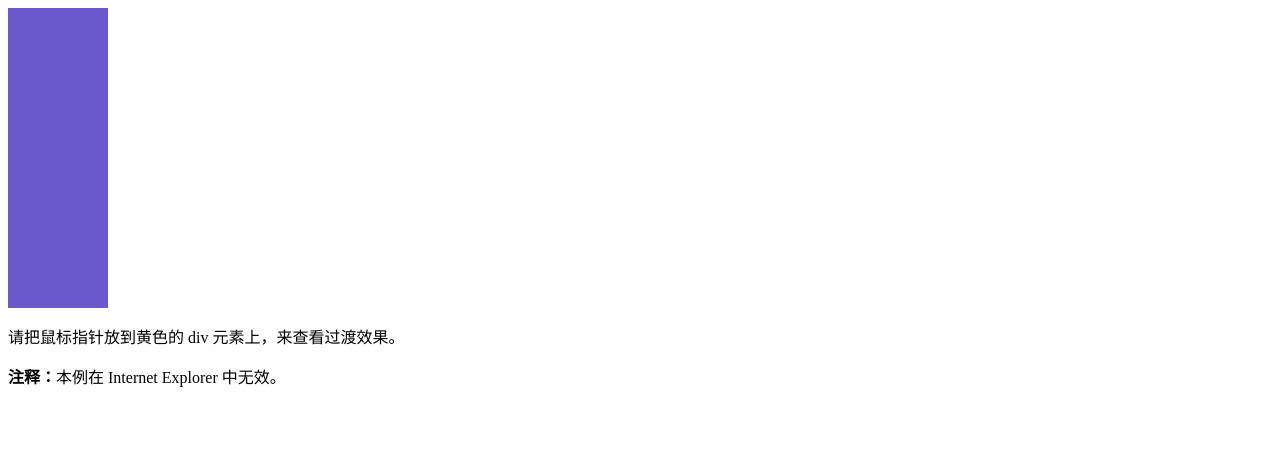
Repository: YukiXueyan/moquWebsite
Page: html/CSS过渡.html
The author's editor kept a copy of each file at every save. The page is drawn from the files as they stood at one save, then again after the next save.
The browser window is 1280 px wide. The pictures show the whole page.

Above is the page before, as saved 2020-07-05 16:37:07.

After the next save:
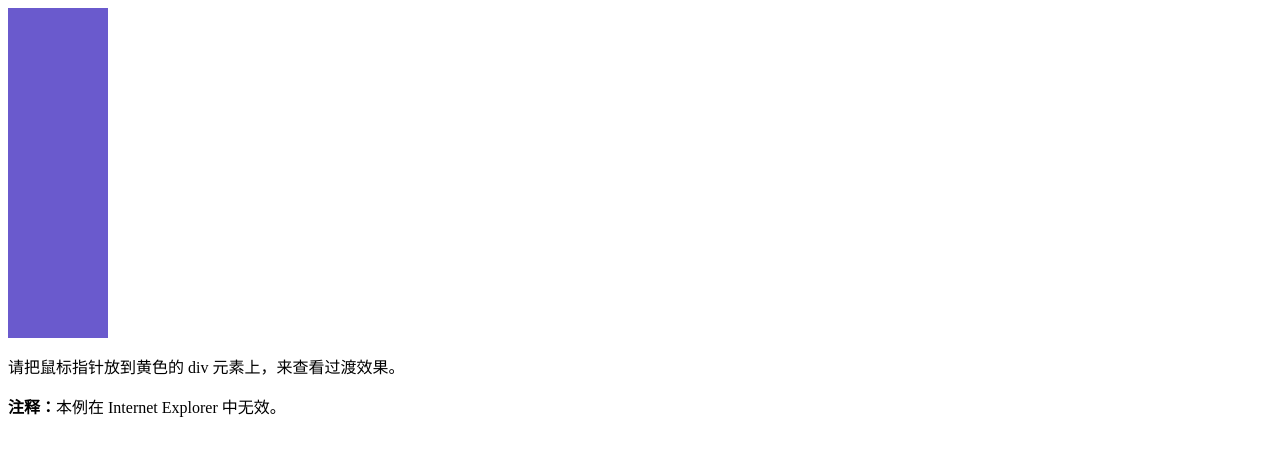
Saved 17 s later.
--- a/html/CSS过渡.html
+++ b/html/CSS过渡.html
@@ -8,7 +8,7 @@ width:100px;
 height:100px;
 background:slateblue;
 transition:width 2s;
-border: 10px;
+padding-bottom: 10px;
 
 }
 
